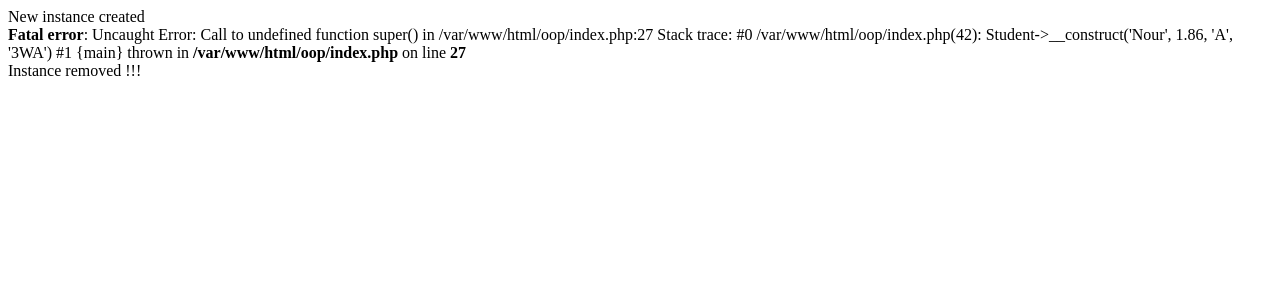
Repository: FS-23/php-getstarted
Page: http://localhost/oop/index.php
These files come from the project's save history. The page is drawn as it stood at one moment and after the next save; the edit follows.
The browser window is 1280 px wide. The pictures show the whole page.
The page is run by PHP 8.4 with error messages shown; the project is at /var/www/html/.

Above is the page before, as saved 2022-05-30 16:26:17.

### demoAPP/oop/index.php
<?php
  class Person {
      public $name;
      private $size;
      function __construct($name , $size){
          $this -> name = $name;
          $this -> size = $size;
          echo "New instance created\n";
      }
      function setSize($sizeValue){
          $this -> size = $sizeValue;
      }
      function __destruct(){
          echo "\nInstance removed !!!";
      }
  }




  class Student extends Person{

     public $level;
     public $ecole;

     function __construct($name , $size , $level ,$ecole){
         super($name , $size );
         $this -> name = $name;
         $this -> size = $size;
         $this -> level = $level;
         $this -> ecole = $ecole;
     }


     function learn(){
         echo "\n". $this.name . " started learning";
     }
  }

  $person1 = new Person("Youssef", 1.84);

  $student1 = new Student("Nour", 1.86 , "A" , "3WA");

  var_dump($student1);


//   $person1 -> name = "Youssef";
//   $person1 -> size = "Youssef";
//   $person1 -> level = "Youssef";
//   $person1 -> name = "Youssef";
//   $person1 -> name = "Youssef";
//   $person1 -> setSize(1.84);
//   $person1 -> favorigteFood = "Poulet rotie";

  var_dump($person1);


  echo "Person name:".$person1->name;

After the next save:
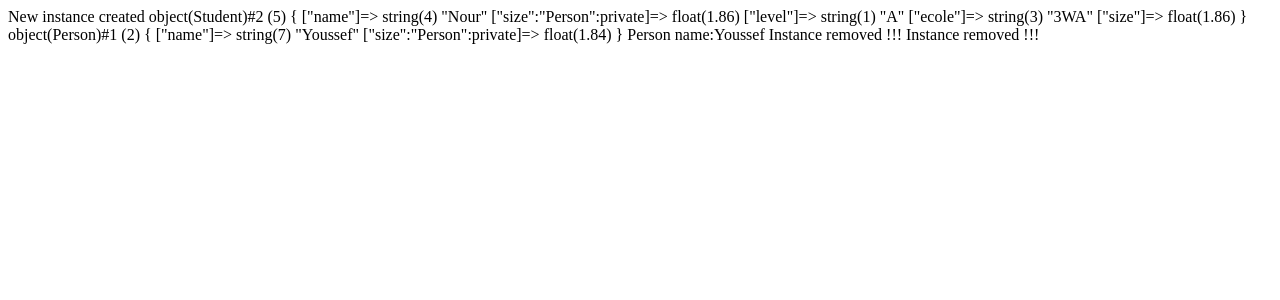
Saved 3 min 55 s later.
--- a/demoAPP/oop/index.php
+++ b/demoAPP/oop/index.php
@@ -13,6 +13,11 @@
       function __destruct(){
           echo "\nInstance removed !!!";
       }
+
+      function construct($name , $size){
+            $this -> name = $name;
+            $this -> size = $size;
+      }
   }
 
 
@@ -24,7 +29,8 @@
      public $ecole;
 
      function __construct($name , $size , $level ,$ecole){
-         super($name , $size );
+         //super($name , $size );
+         parent::construct($name , $size);
          $this -> name = $name;
          $this -> size = $size;
          $this -> level = $level;
